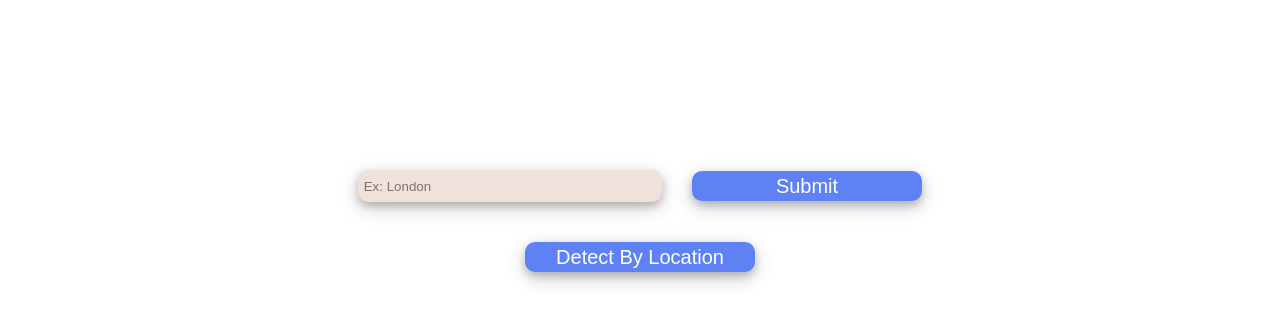
Repository: ahmedazawi/weather-app
Page: /
The author's editor kept a copy of each file at every save. The page is drawn from the files as they stood at one save, then again after the next save.
The browser window is 1280 px wide. The pictures show the whole page.
The pointer rests on the first visible `.App .form-control`.
The project was rebuilt for these pictures with package versions that can differ from the ones it lists, and the page was loaded fresh each time. Also part of the build but not shown: src/layout/Header.js, src/assets/css/details.css, src/assets/data/ContextApi.js, src/assets/css/SevenDaysCards.css, src/components/card.js, src/components/SevenDaysCards.js, src/assets/data/Api.js, src/components/Map.js and 2 more.

Above is the page before, as saved 2022-11-30 22:47:41.

After the next save:
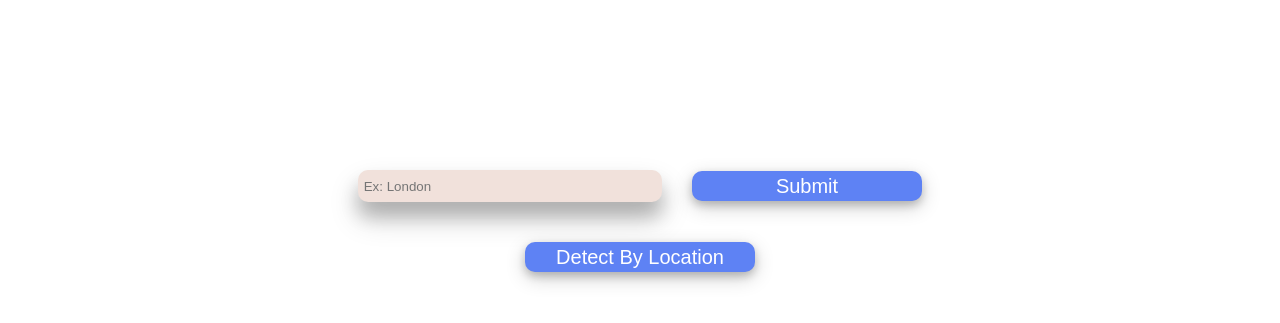
Saved 21 s later.
--- a/src/App.css
+++ b/src/App.css
@@ -76,3 +76,14 @@ body {
   -webkit-transition: all 0.4s ease-in-out;
   transition: all 0.4s ease-in-out;
 }
+.App .form-control:hover {
+  -moz-box-shadow: 0 14px 18px 0 rgba(0, 0, 0, 0.2),
+    0 16px 30px 0 rgba(0, 0, 0, 0.19);
+  -o-box-shadow: 0 14px 18px 0 rgba(0, 0, 0, 0.2),
+    0 16px 30px 0 rgba(0, 0, 0, 0.19);
+  -webkit-box-shadow: 0 14px 18px 0 rgba(0, 0, 0, 0.2),
+    0 16px 30px 0 rgba(0, 0, 0, 0.19);
+  box-shadow: 0 14px 18px 0 rgba(0, 0, 0, 0.2),
+    0 16px 30px 0 rgba(0, 0, 0, 0.19);
+  cursor: pointer;
+}
